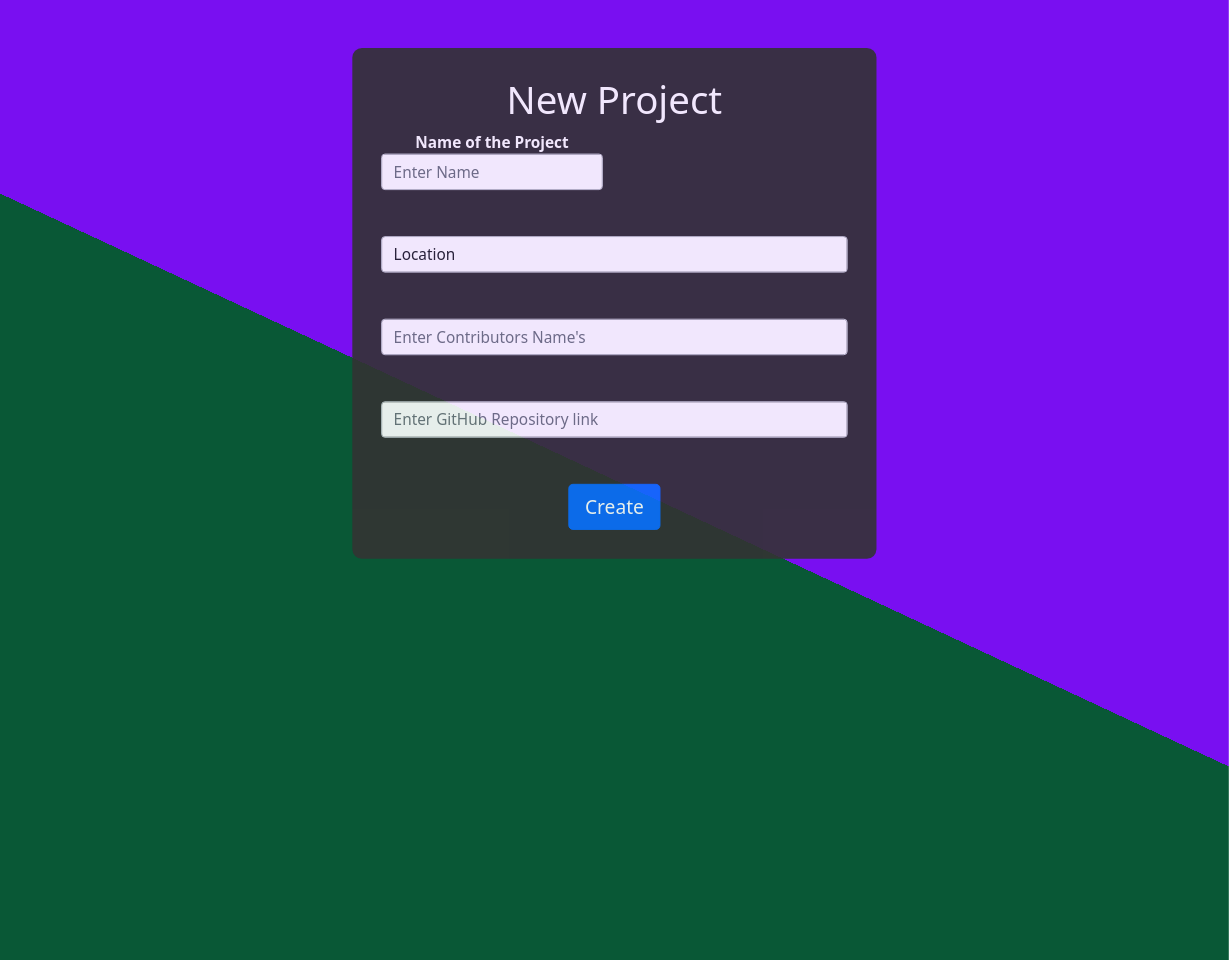
Repository: poornasyamasundar/Software-Project-Manager
Page: SoftwareManager/Templates/newProject.html
The author's editor kept a copy of each file at every save. The page is drawn from the files as they stood at one save, then again after the next save.
The browser window is 1280 px wide. The pictures show the whole page, at 96% of full size.

Above is the page before, as saved 2021-10-22 00:29:03.

### SoftwareManager/Templates/newProject.html
<!DOCTYPE html>
<html>
	<head>
		<link rel = 'stylesheet' href = 'newProject.css'>
		<link href="https://cdn.jsdelivr.net/npm/bootstrap@5.0.2/dist/css/bootstrap.min.css" rel="stylesheet" integrity="sha384-EVSTQN3/azprG1Anm3QDgpJLIm9Nao0Yz1ztcQTwFspd3yD65VohhpuuCOmLASjC" crossorigin="anonymous">
		<title>
			New Project
		</title>
	</head>
	<body>
		<!-- <div id = 'homeMenu'>
			<div id = 'logo'>Logo and name</div>
			<div id = 'help'>Help</div>
			<div id = 'goback'>Go Back</div>
		</div>
		<div id = 'newProjectBox'>
			<div id = 'name'>
				Name of the Project
			</div>
			<div id = 'model'>
				Life Cycle model
			</div>
			<div id = 'contributors'>
				Contributors
			</div>
			<div id = 'repositorylink'>
				Github Repo Link
			</div>
			<div id = 'create'>
				Create
			</div>
		</div> -->

		<div class="container">
			<div class="row">
			  <div class="col-lg-3"></div>

			  <div class="col-lg-6">
				<div id="ui">
				  <h1 align = "center">New Project</h1>
				  <form class="form-group text-center" action="/student/dashboard/requests/send" method="POST">
					<div class="row">
					  <div class="col-lg-6">
						<label for="" align="left">Name of the Project </label>
						<input type="text" name="name" class="form-control" placeholder="Enter Name">
					  </div>

					</div>
					<br>
					<div >
						<label for="empty-space"></label>
						<select class="form-control" name="type">
						  <option>Location</option>
						  <option>Waterfall Model</option>
						  <option>Agile Model</option>
						  <option>-</option>
						  <option>--</option>
						</select>
					  </div>
					  <br/>
					<label></label>
					<input type="text" name="reason" class="form-control" placeholder="Enter Contributors Name's">
					<br>
					<label></label>
					<input type="text" name="repo" class="form-control" placeholder="Enter GitHub Repository link">
					<br>
					<br>
					<input type="submit" name="submit" value="Create" class="btn btn-primary btn-lg">
				  </form>
				</div>
			  </div>

			  <div class="col-lg-3"></div>
			</div>
		  </div>
		  <script src="https://cdn.jsdelivr.net/npm/bootstrap@5.0.2/dist/js/bootstrap.bundle.min.js" integrity="sha384-MrcW6ZMFYlzcLA8Nl+NtUVF0sA7MsXsP1UyJoMp4YLEuNSfAP+JcXn/tWtIaxVXM" crossorigin="anonymous"></script>
		</body>
	</body>
</html>

### SoftwareManager/Templates/newProject.css
/* body
{
	background-color: lightpink;
}
#homeMenu
{
	width: 100%;
	height: 80px;
	background-color: lightblue;
}
#logo
{
	width: 30vw;
	height: 80px;
	display: inline-block;
	background-color: lightgreen;
}
#goback
{
	width: 80px;
	height: 80px;
	display: inline-block;
	float: right;
	background-color: red;
}
#help
{
	width: 80px;
	height: 80px;
	display: inline-block;
	float: right;
	background-color: lightgreen;
}
#newProjectBox
{
	background-color: purple;
	width: 400px;
	margin: auto;
	height: 300px;
	margin-top: 10px;
	padding-top: 10px;
}
#create
{
	height: 40px;
	width: 100px;
	margin: auto;
	margin-top: 10px;
	background-color: yellow;
}
#name, #model, #contributors, #repositorylink
{
	height: 40px;
	width: 300px;
	margin: auto;
	margin-top: 10px;
	background-color: yellow;
} */

body {
	background-color: #4BDBC3;
	background-image: -webkit-linear-gradient(65deg, #095836  50%,  #790ff1 50%); /*#4aeaf0 #f05151 #F8F7DE*/
	min-height: 1000px;
  }

  #ui {
	background-color: #333;
	padding: 30px;
	margin-top: 50px;
	border-radius: 10px;
	opacity: 0.9;
	font-weight: bold;
  }

  #ui label,
  h1 {
	color: #fff;
  }

After the next save:
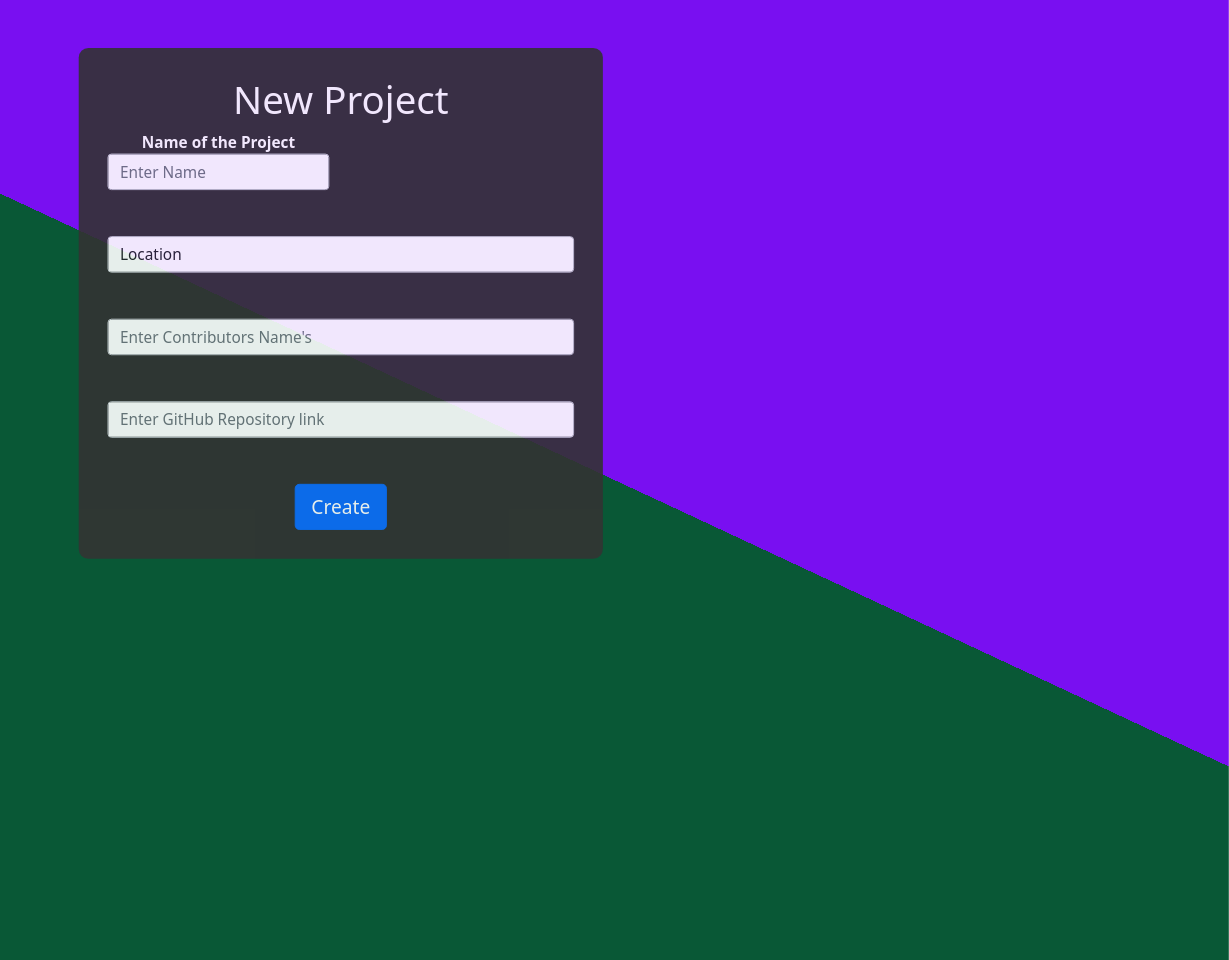
Saved 18 s later.
--- a/SoftwareManager/Templates/newProject.html
+++ b/SoftwareManager/Templates/newProject.html
@@ -33,7 +33,7 @@
 
 		<div class="container">
 			<div class="row">
-			  <div class="col-lg-3"></div>
+			  <!-- <div class="col-lg-3"></div> -->
 
 			  <div class="col-lg-6">
 				<div id="ui">

After the save that followed:
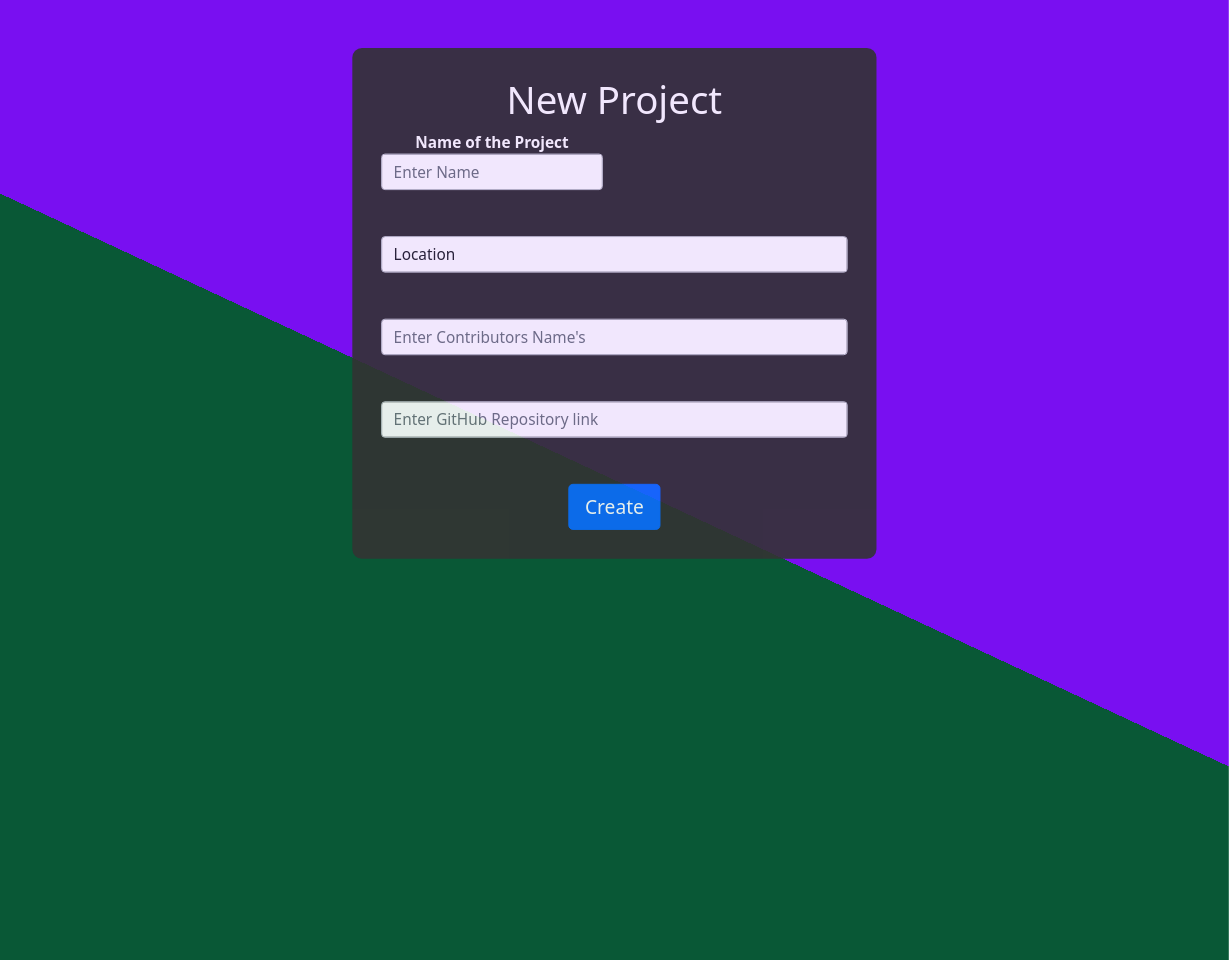
Saved 7 s later.
--- a/SoftwareManager/Templates/newProject.html
+++ b/SoftwareManager/Templates/newProject.html
@@ -33,7 +33,7 @@
 
 		<div class="container">
 			<div class="row">
-			  <!-- <div class="col-lg-3"></div> -->
+			  <div class="col-lg-3"></div>
 
 			  <div class="col-lg-6">
 				<div id="ui">
